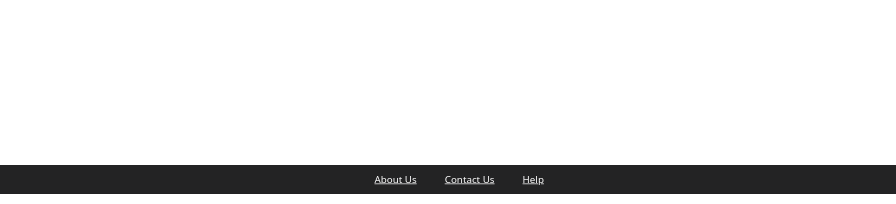
Repository: mustafa-alperen-yilmaz/e-commerce-app
Page: / (app in ecommerceangular/)
An editor plug-in stored every save of this project. The page is shown before and after the next save, followed by the edit.
The browser window is 1280 px wide. The pictures show the part of the page from y = 543 to 2463 px (the page is 835 px tall before and 4835 px after), at 70% of full size.
The page's requests for data from a server got no answer. The project was rebuilt for these pictures with package versions that can differ from the ones it lists, and the page was loaded fresh each time. No one was signed in, and anything a server would have sent is missing. Also part of the build but not shown: ecommerceangular/angular.json.

Above is the page before, as saved 2023-03-08 02:49:26.

### ecommerceangular/src/index.html
<!doctype html>
<html lang="en">
<head>
  <meta charset="utf-8">
  <meta name="viewport" content="width=device-width, initial-scale=1 , shrink-to-fit=no">
  <title>Ecommerce App</title>
  <base href="/">
  <link rel="icon" type="image/x-icon" href="favicon.ico">
</head>
<body>
  <app-root></app-root>
</body>
</html>

### ecommerceangular/src/styles.css
*{
  margin:0;
  padding:0;
  -webkit-box-sizing:border-box;
  -moz-box-sizing:border-box;
  box-sizing:border-box
}

body{
  font-family:Poppins,sans-serif;
  font-weight:400;
  font-size:16px;
  line-height:1.625;
  color:#666;
  -webkit-font-smoothing:antialiased;
  -moz-osx-font-smoothing:grayscale
}

ul{
  margin:0
}

button,input[type=button]{
  cursor:pointer
}

button:focus,input:focus{
  outline:0
}

input{
  border:none
}

button{
  border:none;
  background:0 0
}

img{
  max-width:100%;
  height:auto
}

p{
  margin:0
}

h1,h2,h3,h4,h5,h6{
  color:#333;
  font-weight:700;
  margin:0;
  line-height:1.2
}

h1{
  font-size:36px
}

h2{
  font-size:30px
}

h3{
  font-size:24px
}

h4{
  font-size:18px
}

h5{
  font-size:15px
}

h6{
  font-size:13px
}

a{
  display:inline-block
}

a:active,a:focus,a:hover{
  text-decoration:none;
  outline:0
}

a,a:hover{
  -webkit-transition:all .3s ease;
  -o-transition:all .3s ease;
  -moz-transition:all .3s ease;
  transition:all .3s ease
}

/*Layout Css*/
.section-content-p35{
  padding:0 35px
}

.page-wrapper{
  overflow:hidden;
  background:#e5e5e5;
  padding-bottom:8vh
}

.page-container{
  background:#f5f5f5;
  padding-left:200px
}

.main-content{
  padding-top:116px;
  min-height:100vh
}

aside.menu-sidebar.d-none.d-lg-block.clr{
  background:0 0;
  z-index:99999999;
  height:75px;
  box-shadow:-2px 0 4px #0000003b
}

/*
* ----------------------------
* Header Desktop Section
* ----------------------------
*/

.header-desktop{
  background:#181818;
  -webkit-box-shadow:0 2px 5px 0 rgba(0,0,0,.1);
  -moz-box-shadow:0 2px 5px 0 rgba(0,0,0,.1);
  box-shadow:0 2px 5px 0 rgba(0,0,0,.1);
  position:fixed;
  top:0;
  right:0;
  left:200px;
  height:75px;
  z-index:3
}

.header-desktop .section-content{
  overflow:visible;
  position:absolute;
  top:50%;
  left:0;
  right:0;
  -webkit-transform:translateY(-50%);
  -moz-transform:translateY(-50%);
  -ms-transform:translateY(-50%);
  -o-transform:translateY(-50%);
  transform:translateY(-50%)
}

.header-wrap{
  display:-webkit-box;
  display:-webkit-flex;
  display:-moz-box;
  display:-ms-flexbox;
  display:flex;
  -webkit-box-align:center;
  -webkit-align-items:center;
  -moz-box-align:center;
  -ms-flex-align:center;
  align-items:center;
  -webkit-box-pack:justify;
  -webkit-justify-content:space-between;
  -moz-box-pack:justify;
  -ms-flex-pack:justify;
  justify-content:space-between
}

.header-button{
  display:-webkit-box;
  display:-webkit-flex;
  display:-moz-box;
  display:-ms-flexbox;
  display:flex;
  -webkit-box-align:center;
  -webkit-align-items:center;
  -moz-box-align:center;
  -ms-flex-align:center;
  align-items:center
}

.number{
  padding:6px 0
}

.arrows i{
  font-size:30px;
  padding:4px 4px
}

section{
  position:relative
}

.section-content{
  position:relative;
  margin:0 auto;
  z-index:1
}

.section-content-p30{
  padding:0 300px
}

.au-input-xl{
  min-width:935px
}

input.au-input.au-input-xl{
  border-radius:40px!important;
  margin-right:15px
}

.au-input{
  line-height:43px;
  border:1px solid #e5e5e5;
  font-size:14px;
  color:#666;
  padding:0 17px;
  -webkit-border-radius:3px;
  -moz-border-radius:3px;
  border-radius:3px;
  -webkit-transition:all .5s ease;
  -o-transition:all .5s ease;
  -moz-transition:all .5s ease;
  transition:all .5s ease
}

.cart-area.d-n{
  display:block
}

.cart-area i{
  font-size:22px;
  float:left;
  margin-top:16px;
  color:#fff;
  margin-left:15px
}

.total{
  background:#999999;
  line-height:43px;
  color:#fff;
  border-radius:30px;
  border:1px solid #343536;
  float:left;
  margin-top:7px;
  padding-left:17px
}

.total span{
  display:inline-block;
  background:#fff;
  padding:0 13px;
  color:#000;
  border-top-right-radius:20px;
  border-bottom-right-radius:20px;
  margin-left:11px
}

.form-header{
  display:-webkit-box;
  display:-webkit-flex;
  display:-moz-box;
  display:-ms-flexbox;
  display:flex
}

.au-btn-submit{
  position:relative;
  right:0;
  min-width:95px;
  color:#fff;
  border:1px solid #999999;
  -webkit-border-radius:3px;
  -moz-border-radius:3px;
  border-radius:43px;
  background:#343536
}

.au-btn-submit:hover{
  background:#4a4d55
}

.au-btn-submit>i{
  font-size:20px;
  color:#fff;
  position:absolute;
  top:50%;
  left:50%;
  -webkit-transform:translate(-50%,-50%);
  -moz-transform:translate(-50%,-50%);
  -ms-transform:translate(-50%,-50%);
  -o-transform:translate(-50%,-50%);
  transform:translate(-50%,-50%)
}

/*
* ----------------------------
* Left Menu Bar
* ----------------------------
*/

.menu-sidebar{
  width:200px;
  position:fixed;
  left:0;
  top:0;
  bottom:0;
  background:#fff;
  overflow-y:auto
}

.menu-sidebar .logo{
  background:#09dd37;
  height:120px;
  padding:0 40px;
  display:-webkit-box;
  display:-webkit-flex;
  display:-moz-box;
  display:-ms-flexbox;
  display:flex;
  -webkit-box-align:center;
  -webkit-align-items:center;
  -moz-box-align:center;
  -ms-flex-align:center;
  align-items:center;
  -webkit-box-shadow:0 2px 5px 0 rgba(0,0,0,.1);
  -moz-box-shadow:0 2px 5px 0 rgba(0,0,0,.1);
  box-shadow:0 2px 5px 0 rgba(0,0,0,.1);
  border-right:1px solid #e5e5e5;
  position:relative;
  z-index:3
}

.menu-sidebar .navbar-list .navbar-sub-list{
  display:none;
  padding-left:34px
}

.menu-sidebar .navbar-list .navbar-sub-list li a{
  padding:11.5px 0
}

.menu-sidebar-content{
  position:relative;
  height:-webkit-calc(100vh - 75px);
  height:-moz-calc(100vh - 75px);
  height:calc(100vh - 75px)
}

.navbar-sidebar{
  padding:35px;
  padding-bottom:0
}

.navbar-sidebar .navbar-list li a{
  display:block;
  color:#555;
  font-size:16px;
  padding:5px 0
}

.navbar-sidebar .navbar-list li a i{
  margin-right:19px
}

.navbar-sidebar .navbar-list li a:hover{
  color:#0da8e4
}

/*
* ----------------------------
* Header Mobile Section
* ----------------------------
*/

.header-mobile{
  position:absolute;
  top:0;
  left:0;
  right:0
}
.header-mobile .header-mobile-bar{
  padding:15px 0;    background: #fff;
}
.header-mobile .header-mobile-inner{
  display:-webkit-box;
  display:-webkit-flex;
  display:-moz-box;
  display:-ms-flexbox;
  display:flex;
  -webkit-box-align:center;
  -webkit-align-items:center;
  -moz-box-align:center;
  -ms-flex-align:center;
  align-items:center;
  -webkit-box-pack:justify;
  -webkit-justify-content:space-between;
  -moz-box-pack:justify;
  -ms-flex-pack:justify;
  justify-content:space-between
}
.header-mobile .hamburger{
  width:36px;
  height:36px;
  padding:0;
  line-height:1;
  vertical-align:top;
  background:#fff;
  display:-webkit-box;
  display:-webkit-flex;
  display:-moz-box;
  display:-ms-flexbox;
  display:flex;
  -webkit-box-pack:center;
  -webkit-justify-content:center;
  -moz-box-pack:center;
  -ms-flex-pack:center;
  justify-content:center;
  -webkit-box-align:center;
  -webkit-align-items:center;
  -moz-box-align:center;
  -ms-flex-align:center;
  align-items:center
}
.header-mobile .hamburger .hamburger-box{
  width:20px;
  height:15px
}
.header-mobile .hamburger .hamburger-box .hamburger-inner{
  width:20px;
  height:2px;
  -webkit-border-radius:0;
  -moz-border-radius:0;
  border-radius:0
}
.header-mobile .hamburger .hamburger-box .hamburger-inner:before{
  width:20px;
  height:2px;
  top:6px
}
.header-mobile .hamburger .hamburger-box .hamburger-inner:after{
  top:12px;
  width:20px;
  height:2px
}
.header-mobile .navbar-mobile{
  display:none;
  position:absolute;
  width:100%;
  top:88px;
  z-index:20
}
.header-mobile .navbar-mobile .navbar-mobile-list{
  background:#f8f8f8
}
.header-mobile .navbar-mobile .navbar-mobile-list>li>a{
  padding-left:15px!important
}
.header-mobile .navbar-mobile .navbar-mobile-list li a{
  color:#555;
  display:block;
  padding:10px 15px;
  padding-right:25px;
  padding-left:0;
  border-bottom:1px solid #e6e6e6;
  text-transform:capitalize;
  line-height:inherit
}
.header-mobile .navbar-mobile .navbar-mobile-list li a:hover{
  color:#0da8e4
}
.header-mobile .navbar-mobile .navbar-mobile-list li a>i{
  margin-right:19px
}
.navbar-mobile-sub-list{
  display:none;
  padding-left:30px;
  background:#fff
}
.header-mobile .navbar-mobile .navbar-mobile-sub-list li a{
  padding-left:15px
}
.header-mobile-2{
  background:#393939;
  position:static
}
.header-mobile-2.header-mobile .navbar-mobile{
  top:82px
}
.header-mobile-2.header-mobile .hamburger{
  background:0 0
}
.header-mobile-2.header-mobile .hamburger .hamburger-box .hamburger-inner{
  background:#fff
}
.header-mobile-2.header-mobile .hamburger .hamburger-box .hamburger-inner::before{
  background:#fff
}
.header-mobile-2.header-mobile .hamburger .hamburger-box .hamburger-inner::after{
  background:#fff
}
.main-content.page-m{
  padding:10% 15%!important
}

/*
* ----------------------------
* Products List
* ----------------------------
*/

.product-box img {
  width: 150px;
}

.items select {
  width: 100px;
  height: 40px;
  border-radius: 40px;
  padding-left: 15px;
  margin-bottom: 10px;
  outline: 0;
  margin-left: 5px;
}
.product-box{
  margin-bottom:60px
}
.price{
  margin:15px 0 0;
  font-weight:800;
  color:#0da8e4;
}
.product-box h1{
  font-size:18px;
  border-bottom:1px solid #ccc;
  padding-bottom:5px;
  font-weight:600;
  padding-top:12px;
  margin-bottom:7px
}
.product-box h2{
  font-size:15px;
  padding-bottom:0;
  font-weight:500;
  color:#585858
}

/*
* ----------------------------
* Shopping Cart Checkout
* ----------------------------
*/

.form-area{
  background:#e5e5e5;
  position:relative;
  margin-bottom:45px;
  padding:50px 20px;
  border:3px solid #ccc
}
.form-area h3{
  position:absolute;
  top:-26px;
  left:13px;
  background:#e5e5e5;
  padding:10px 20px;
  font-weight:500;
  z-index:23;
  display:inline-block
}
.input-space{
  margin-bottom:20px
}
.input-space label{
  padding-left:31px;
  font-size:14px;
  margin-bottom:50px
}
.input-space input[type=text]{
  width:100%;
  height:40px;
  border-radius:30px;
  outline:0;
  padding:10px;
  border:1px solid #ccc
}
.input-space select{
  width:100%;
  height:40px;
  border-radius:30px;
  outline:0;
  padding:0 10px;
  border:1px solid #ccc
}
.au-checkbox{
  display:block;
  position:relative;
  cursor:pointer;
  font-size:22px;
  -webkit-user-select:none;
  -moz-user-select:none;
  -ms-user-select:none;
  user-select:none
}
.au-checkbox input{
  position:absolute;
  opacity:0;
  cursor:pointer
}
.au-checkmark{
  position:absolute;
  top:0;
  left:0;
  height:22px;
  width:22px;
  background-color:#fff!important;
  border:2px solid #e5e5e5;
  -webkit-border-radius:2px;
  -moz-border-radius:2px;
  border-radius:2px
}
.au-checkbox:hover input~.au-checkmark{
  background-color:transparent
}
.au-checkbox input:checked~.au-checkmark{
  background-color:#fff
}
.au-checkmark:after{
  content:"";
  position:absolute;
  display:none
}
.au-checkbox input:checked~.au-checkmark:after{
  display:block
}
label.date{
  padding-top:8px
}
.au-checkbox .au-checkmark:after{
  left:5px;
  top:-1px;
  width:9px;
  height:15px;
  border:solid #0da8e4;
  border-width:0 4px 4px 0;
  -webkit-border-radius:2px;
  -moz-border-radius:2px;
  border-radius:2px;
  -webkit-transform:rotate(45deg);
  -moz-transform:rotate(45deg);
  -ms-transform:rotate(45deg);
  -o-transform:rotate(45deg);
  transform:rotate(45deg)
}
option:first{
  color:#ccc
}
select{
  color:#828482
}

/*
* ----------------------------
* Shopping Cart Details
* ----------------------------
*/

.table{
  margin:0
}
table.table.table-bordered{
  border:1px solid #ccc;
  background:#fff
}
.table-bordered td,.table-bordered th{
  border:1px solid #dee2e6
}
table.table.table-bordered th{
  BACKGROUND:#0da8e4;
  color:#fff;
  font-size:14px;
  padding:7px
}
.table-responsive{
  padding-right:1px
}
.items select{
  width:100px;
  height:40px;
  border-radius:40px;
  padding-left:15px;
  margin-bottom:10px;
  outline:0;
  margin-left:5px
}

/*
* ----------------------------
* Product Details
* ----------------------------
*/

.price{
  margin:15px 0 0;
  font-weight:800;
  color:#000000
}
.detail-section{
  margin-top:60px
}
/**/

/*
* ----------------------------
* Buttons
* ----------------------------
*/

.btn-info{
  color:#fff;
  background-color:#0da8e4!important;
  border-color:#0da8e4!important
}
a.primary-btn{
  background:#100029;
  padding:7px 20px;
  text-align:center;
  display:inline-block;
  color:#fff;
  border-radius:2px;
  font-size:14px;
  margin-top:5px
}
a.primary-btn:hover{
  background:#999999;
  color:#fff
}

.active-link {
font-weight: bold;
}

/*
* ----------------------------
* Footer section
* ----------------------------
*/

footer ul li a{
  color:#fff
}
footer{
  background:#232324;
  z-index:1;
  position:relative;
  text-align:center;
  padding:0 300px
}
footer li a{
  color:#313131;
  font-weight:500
}
footer ul li{
  display:inline-block;
  font-size:14px;
  padding:10px 20px
}

/*
* ----------------------------
* Media Queries
* ----------------------------
*/

@media (max-width:1600px){
  .au-input-xl{
      min-width:290px
  }
}
@media (max-width:1315px) and (min-width:992px){
  .header-desktop3 .section-content{
      padding:0 15px
  }
}
@media (max-width:1570px) and (min-width:992px){
  .header-navbar ul li a{
      padding:25px 15px
  }
}
@media (max-width:1315px) and (min-width:992px){
  .header-navbar ul li a{
      font-size:13px;
      padding:27px 15px
  }
  .header-navbar ul li a i{
      margin-right:5px
  }
}

@media (min-width:1200px){
  .container{
      max-width:1320px
  }
}

@media (min-width:992px) and (max-width:1199px){
  .cart-area i{
      font-size:22px;
      float:left;
      margin-top:16px;
      color:#f5f5f5;
      margin-left:15px
  }
  .header-mobile .header-mobile-bar{
      padding:10px 0;
      background:#fff
  }
  .header-wrap .account-item>.content{
      display:none
  }
}


@media (max-width:991px){
   .section-content-p30{
      padding:0
  }
  .page-container{
      position:relative;
      top:88px;
      padding-left:0
  }
   .page-wrapper{
      background:#e5e5e5;
      padding-bottom:12vh
  }
   .main-content{
      padding-top:50px;
      padding-bottom:100px
  }
   .cart-area.d-n{
      display:none
  }
  .form-header{
      -webkit-box-pack:center;
      -webkit-justify-content:center;
      -moz-box-pack:center;
      -ms-flex-pack:center;
      justify-content:center
  }
   .au-input-xl{
      min-width:350px
  }
    .logo{
      text-align:center
  }
  .header-desktop{
      position:relative;
      top:0;
      left:0;
      height:80px
  }
  .header-wrap{
      -webkit-box-orient:vertical;
      -webkit-box-direction:normal;
      -webkit-flex-direction:column;
      -moz-box-orient:vertical;
      -moz-box-direction:normal;
      -ms-flex-direction:column;
      flex-direction:column
  }
  .header-button{
      margin-top:30px;
      width:100%;
      -webkit-box-pack:justify;
      -webkit-justify-content:space-between;
      -moz-box-pack:justify;
      -ms-flex-pack:justify;
      justify-content:space-between
  }
  .menu-sidebar2{
      top:0;
      right:-300px;
      left:auto;
      -webkit-box-shadow:0 5px 10px 0 rgba(0,0,0,.1);
      -moz-box-shadow:0 5px 10px 0 rgba(0,0,0,.1);
      box-shadow:0 5px 10px 0 rgba(0,0,0,.1)
  }
   .header-desktop2{
      left:0;
      position:relative
  }
   .header-desktop4{
      position:static
  }
   .section-content.section-content-p30.e-spc{
      padding-top:100px
  }
  header.header-desktop.extra{
      top:93px!important
  }
  .cart-area i{
      font-size:22px;
      float:left;
      margin-top:16px;
      color:#205b8d;
      margin-left:15px
  }
      .header-wrap2{
      -webkit-box-pack:justify;
      -webkit-justify-content:space-between;
      -moz-box-pack:justify;
      -ms-flex-pack:justify;
      justify-content:space-between
  }
}


@media (max-width:767px){
    .au-input-xl{
      min-width:150px
  }
  .header-button-item{
      font-size:22px;
      margin-right:15px
  }
      .main-content.page-m{
      padding:10% 0!important
  }
  .header-mobile .navbar-mobile{
      display:none;
      position:absolute;
      width:100%;
      top:66px;
      z-index:20
  }
  .section-content.section-content-p30.e-spc{
      padding-top:100px
  }
  header.header-desktop.extra{
      top:64px!important
  }
  .header-desktop{
      position:relative;
      top:0;
      left:0;
      height:80px
  }
  a.logo img{
      width:110px
  }

  .cart-area i{
      font-size:22px;
      float:left;
      margin-top:16px;
      color:#205b8d;
      margin-left:15px
  }
  .footer-pagination{
      text-align:center
  }
  .product-box{
      text-align:centerg
  }
  .page-container{
      position:relative;
      top:66px;
      padding-left:0
  }
  .au-btn-submit{
      position:relative;
      right:10px;
      min-width:85px;
      color:#fff;
      border:1px solid #205b8d;
      -webkit-border-radius:3px;
      -moz-border-radius:3px;
      border-radius:0;
      background:#205b8d
  }
  input.au-input.au-input-xl{
      border-radius:0!important;
      margin-right:0
  }
  .cart-area.d-b{
      display:block
  }
  .cart-area.d-n{
      display:none
  }
  .cart-area i{
      font-size:18px;
      float:left;
      margin-top:16px;
      color:#03a9f4;
      margin-left:15px
  }
  .total span{
      display:inline-block;
      background:#fff;
      padding:0 10px;
      color:#000;
      border-top-right-radius:20px;
      border-bottom-right-radius:20px;
      margin-left:6px
  }
  .total{
      background:#343536;
      line-height:30px;
      color:#fff;
      border-radius:30px;
      border:1px solid #999999;
      float:left;
      margin-top:9px;
      padding-left:12px
  }
  .header-mobile .header-mobile-bar{
      padding:6px 0;
      background:#fff;
      border:0;
      padding:8px 0
  }
}

### ecommerceangular/src/app/app.module.ts
import { NgModule } from '@angular/core';
import { BrowserModule } from '@angular/platform-browser';

import { AppComponent } from './app.component';
import { ProductListComponent } from './components/product-list/product-list.component';
import {HttpClientModule} from '@angular/common/http';
import { ProductService } from './services/product.service';

@NgModule({
  declarations: [
    AppComponent,
    ProductListComponent
  ],
  imports: [
    BrowserModule,
    HttpClientModule
  ],
  providers: [ProductService],
  bootstrap: [AppComponent]
})
export class AppModule { }

### ecommerceangular/src/app/app.component.ts
import { Component } from '@angular/core';

@Component({
  selector: 'app-root',
  templateUrl: './app.component.html',
  styleUrls: ['./app.component.css']
})
export class AppComponent {
  title = 'ecommerceangular';
}

### ecommerceangular/src/app/components/product-list/product-list.component.ts
import { Component , OnInit } from '@angular/core';
import { ProductService } from 'src/app/services/product.service';
import { Product } from 'src/app/common/product';

@Component({
  selector: 'app-product-list',
  //templateUrl: './product-list-table.component.html',
  templateUrl: './product-list-grid.component.html',
  //templateUrl: './product-list.component.html',
  styleUrls: ['./product-list.component.css']
})
export class ProductListComponent implements OnInit {
  products : Product[] =[];
  constructor(private productService: ProductService){
    }
  ngOnInit():void{
    this.listProducts();
  }
  listProducts(){
    this.productService.getProductList()
    .subscribe(data => {
      this.products = data;
    })
  }
}

### ecommerceangular/src/app/services/product.service.ts
import { Injectable } from '@angular/core';
import { HttpClient, HttpResponse } from '@angular/common/http';
import { Observable } from 'rxjs';
import { map } from 'rxjs/operators';
import {Product} from '../common/product';

@Injectable({
  providedIn: 'root'
})
export class ProductService {
  private baseUrl="http://localhost:8080/api/products"; // standart shows 20 products if we want add ?size=number it shows number of products.
  constructor(private httpClient : HttpClient) { }
  getProductList(): Observable<Product[]>{
    return this.httpClient.get<GetResponse>(this.baseUrl)
    .pipe(map(response => response._embedded.products)
    );
  }
}
interface GetResponse {
  _embedded:{
    products: Product[];
  }
}

### ecommerceangular/src/app/app.component.html
<div class="page-wrapper">

  <aside class="menu-sidebar d-none d-lg-block">
    <div class="logo">
      <a href="home.html">
        <img src="assets/images/logo.png" alt="ecommerce" class="img-responsive">
      </a>
    </div>
    <div class="menu-sidebar-content js-scrollbar1">
      <nav class="navbar-sidebar">
        <ul class="list-unstyled navbar-list">
          <li>
            <a href="#">Books</a>
          </li>
          <li>
            <a href="#">Coffee Mugs</a>
          </li>
          <li>
            <a href="#">Mouse Pads</a>
          </li>
          <li>
            <a href="#">Luggage Tags</a>
          </li>
        </ul>
      </nav>
    </div>
  </aside>
  <div class="page-container">
    <header class="header-desktop">
      <div class="section-content section-content-p30">
        <div class="container-fluid">
          <div class="header-wrap">
            <form class="form-header" onsubmit="return false;" method="GET">
              <input class="au-input au-input-xl" type="text" name="search"
                placeholder="Search for data ..." />
              <button class="au-btn-submit" type="submit">
                Search
              </button>
            </form>
            <div class="cart-area d-n">
              <a href="shopping-detail.html">
                <div class="total">19.22 <span> 2</span> </div> <i class="fa fa-shopping-cart"
                  aria-hidden="true"></i>
              </a>
            </div>
          </div>
          <div class="account-wrap"></div>
        </div>
      </div>
    </header>

  </div>
</div>
<app-product-list></app-product-list>
<footer>
  <ul>
    <li><a href="#">About Us</a></li>
    <li><a href="#">Contact Us</a></li>
    <li><a href="#">Help</a></li>
  </ul>
</footer>

### ecommerceangular/src/app/components/product-list/product-list-table.component.html
<table class="table">
  <thead class="thead-dark">
    <tr>
      <th>Name</th>
      <th>Price</th>
      <th>Units In Stock</th>
    </tr>
  </thead>
  <tbody>
    <tr *ngFor="let tempProduct of products">
      <td class="align-middle">
        <img src="{{ tempProduct.imageUrl}}" height="70" alt=""/>
      </td>
        <td class="align-middle">{{ tempProduct.name }} </td>
        <td class="align-middle">{{tempProduct.unitPrice | currency : 'EUR'}}</td>
        <td class="align-middle">{{ tempProduct.unitsInStock}}</td>
    </tr>
  </tbody>
</table>
<p *ngFor="let tempProduct of products"> <!-- In Angular we use *ngFor to show our existing list in our HTML page. -->
  {{ tempProduct.name }} : {{tempProduct.unitPrice | currency : 'EUR'}}
</p>

### ecommerceangular/src/app/components/product-list/product-list-grid.component.html
<div class="main-content">
  <div class="section-content section-content-p30">
    <div class="container-fluid">
      <div class="row">
          <div *ngFor="let tempProduct of products" class="col-md-3">
            <div class="product-box">
              <img src="{{tempProduct.imageUrl}}" alt="" class="img-responsive">
              <h1>{{tempProduct.name}}</h1>
              <div class="price">
                {{tempProduct.unitPrice | currency : 'EUR'}}
              </div>
              <a href="#" class="primary-btn" title="button">Add to Card</a>
            </div>
          </div>
      </div>
    </div>
  </div>
</div>

### ecommerceangular/src/app/components/product-list/product-list.component.html
<p *ngFor="let tempProduct of products"> <!-- In Angular we use *ngFor to show our existing list in our HTML page. -->
  {{ tempProduct.name }} : {{tempProduct.unitPrice | currency : 'EUR'}}
</p>

Loaded but not shown: ecommerceangular/src/main.ts (common file); ecommerceangular/src/app/app.component.css (no stored copy; drawn as an empty file); ecommerceangular/src/app/components/product-list/product-list.component.css (no stored copy; drawn as an empty file)

After the next save:
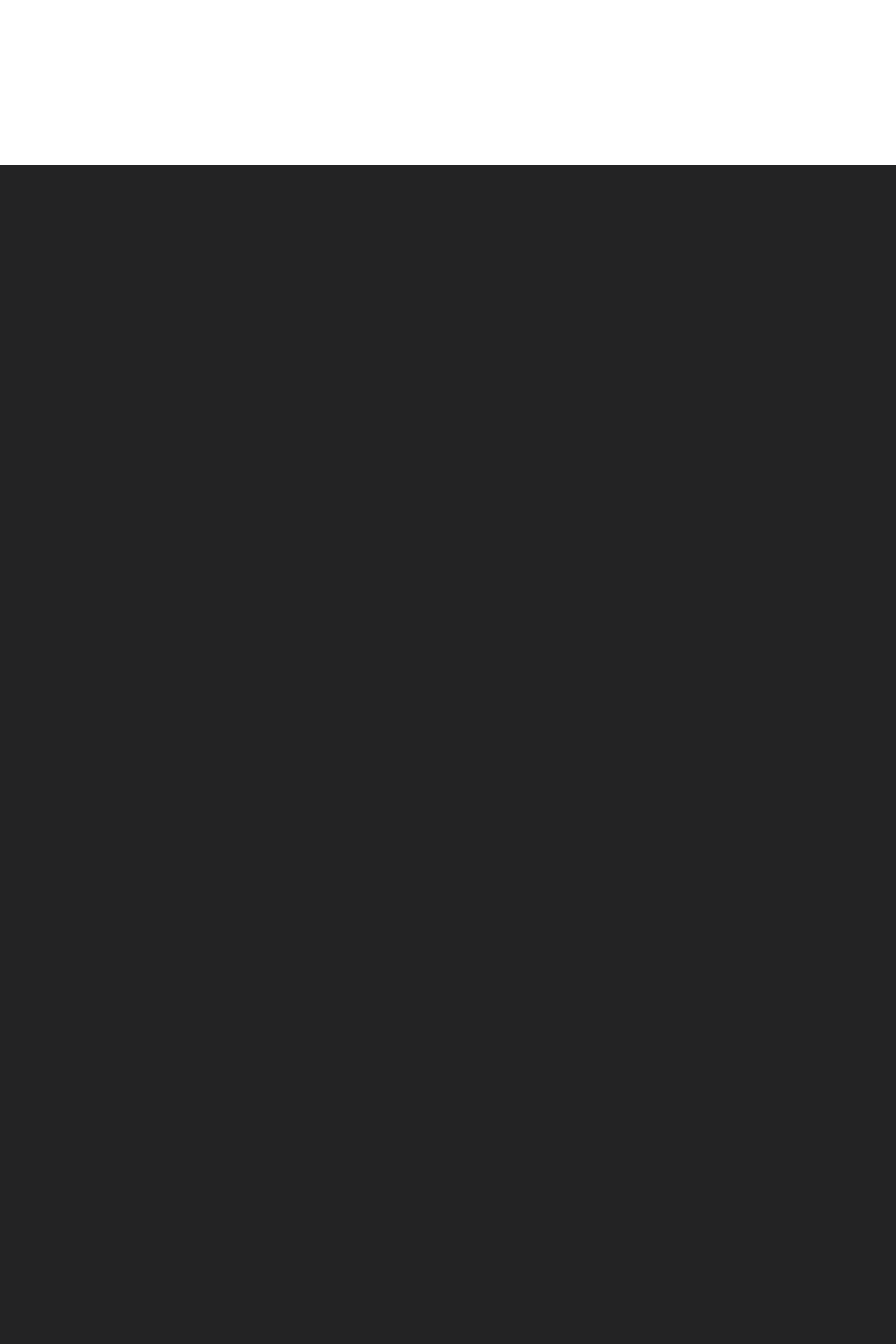
Saved 14 s later.
--- a/ecommerceangular/src/styles.css
+++ b/ecommerceangular/src/styles.css
@@ -762,7 +762,7 @@
   z-index:1;
   position:relative;
   text-align:center;
-  padding:0 300px
+  padding:2000px 300px
 }
 footer li a{
   color:#313131;

After the save that followed:
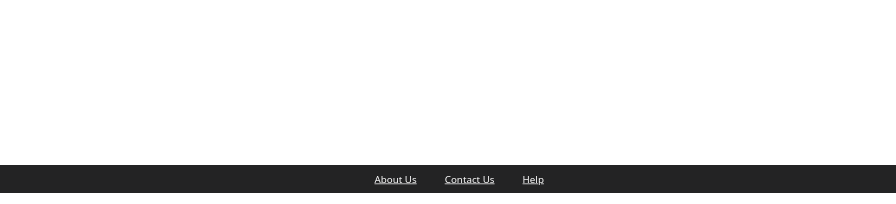
Saved 10 s later.
--- a/ecommerceangular/src/styles.css
+++ b/ecommerceangular/src/styles.css
@@ -762,7 +762,7 @@
   z-index:1;
   position:relative;
   text-align:center;
-  padding:2000px 300px
+  padding:0px 300px
 }
 footer li a{
   color:#313131;
